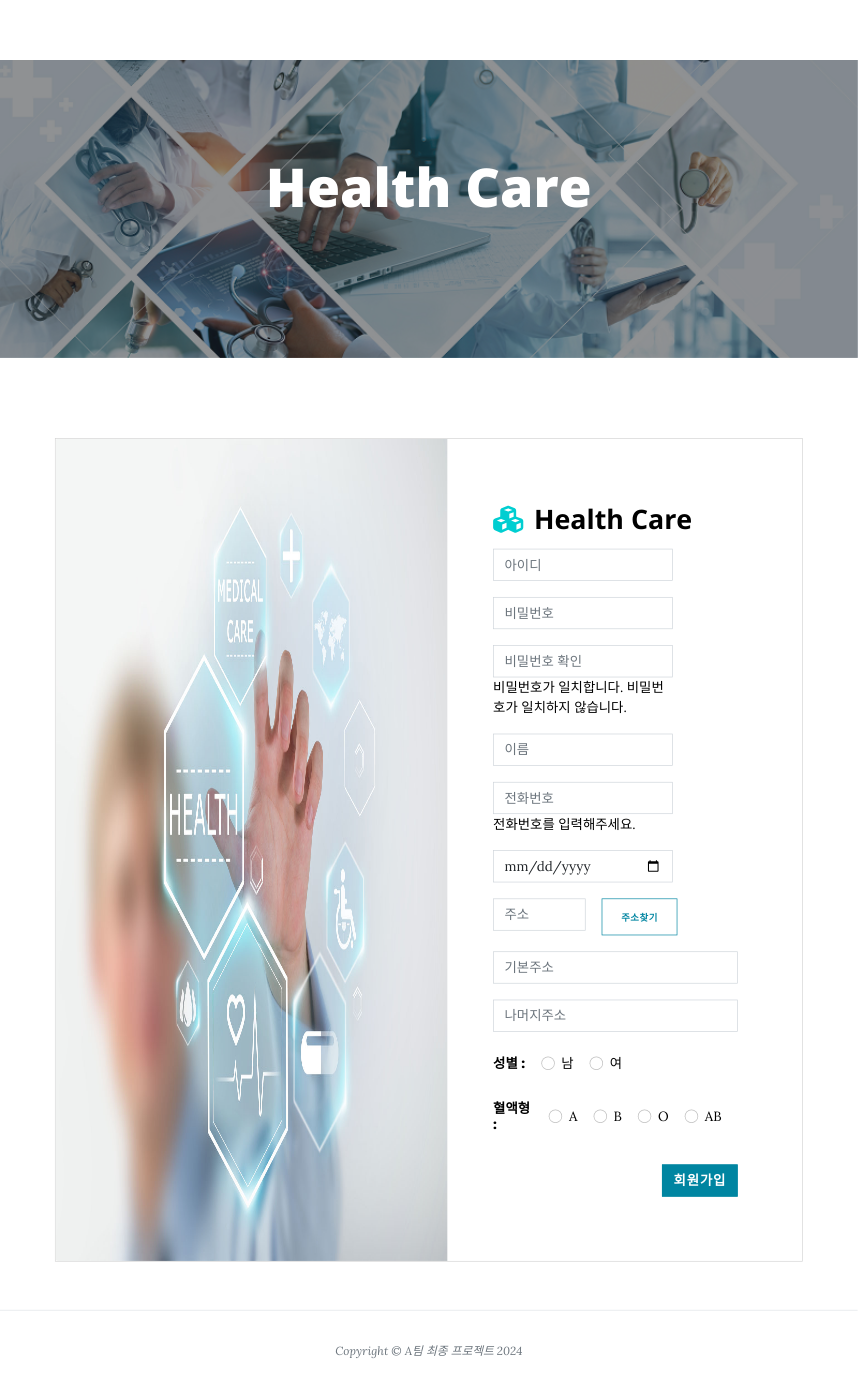
Repository: honsb91/project
Page: http://localhost/hospital/WEB-INF/views/member/join.jsp
An editor plug-in stored every save of this project. The page is shown before and after the next save, followed by the edit.
The browser window is 1280 px wide. The pictures show the whole page, at 67% of full size.
Some web libraries are served in a nearby version. The page is served by Tomcat 9. Nobody is signed in. The template is opened directly, without the code that normally fills it, so the values that code supplies are empty.

Above is the page before, as saved 2024-01-29 08:18:13.

After the next save:
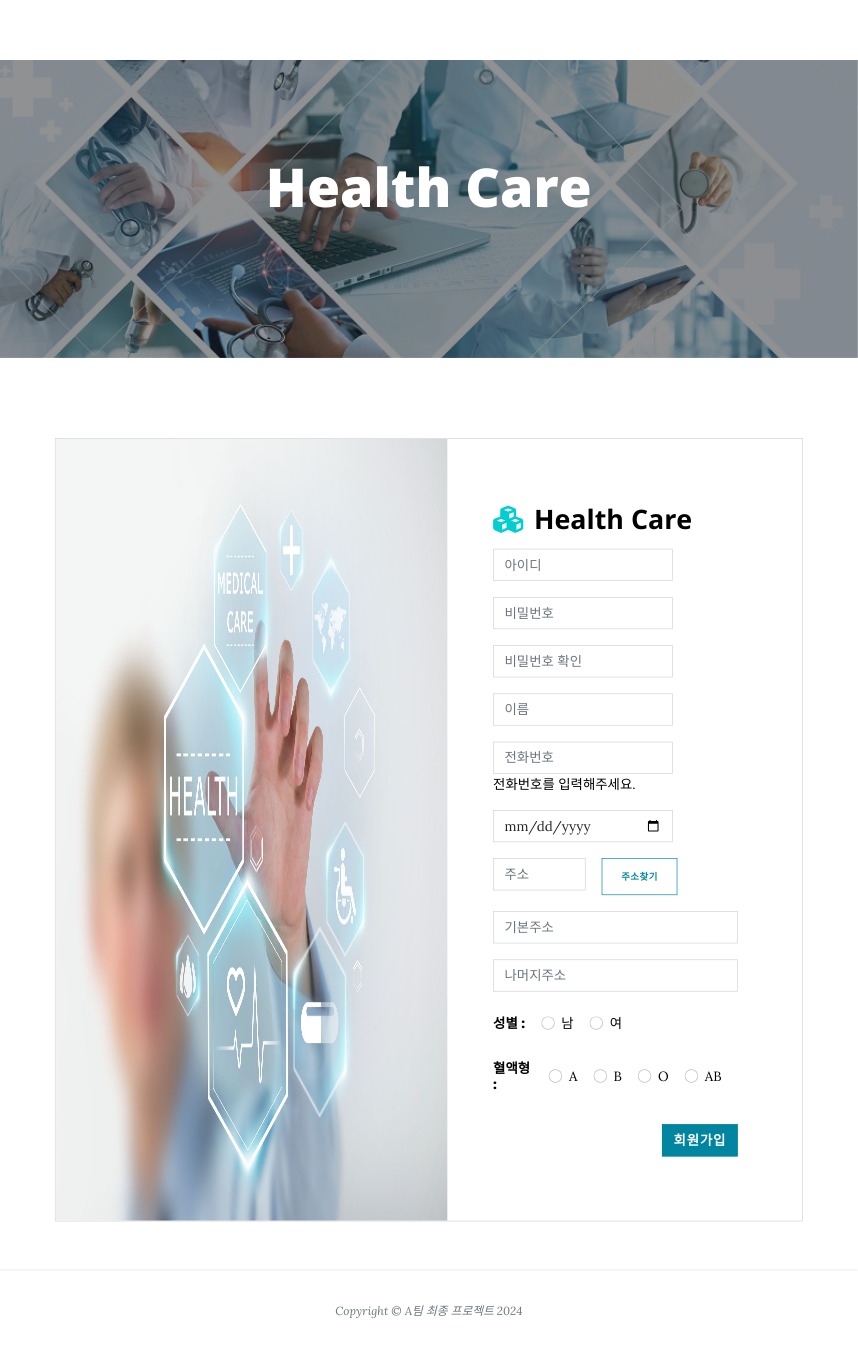
Saved 6 min 42 s later.
--- a/hospital/src/main/webapp/resources/css/member/join.css
+++ b/hospital/src/main/webapp/resources/css/member/join.css
@@ -29,3 +29,13 @@ display : none;
 .final_addr_ck{
     display: none;
 }
+
+/* 비밀번호 확인 일치 유효성검사 */
+.pwck_input_re_1{
+        color : green;
+        display : none;
+}
+.pwck_input_re_2{
+        color : red;
+        display : none;
+}
